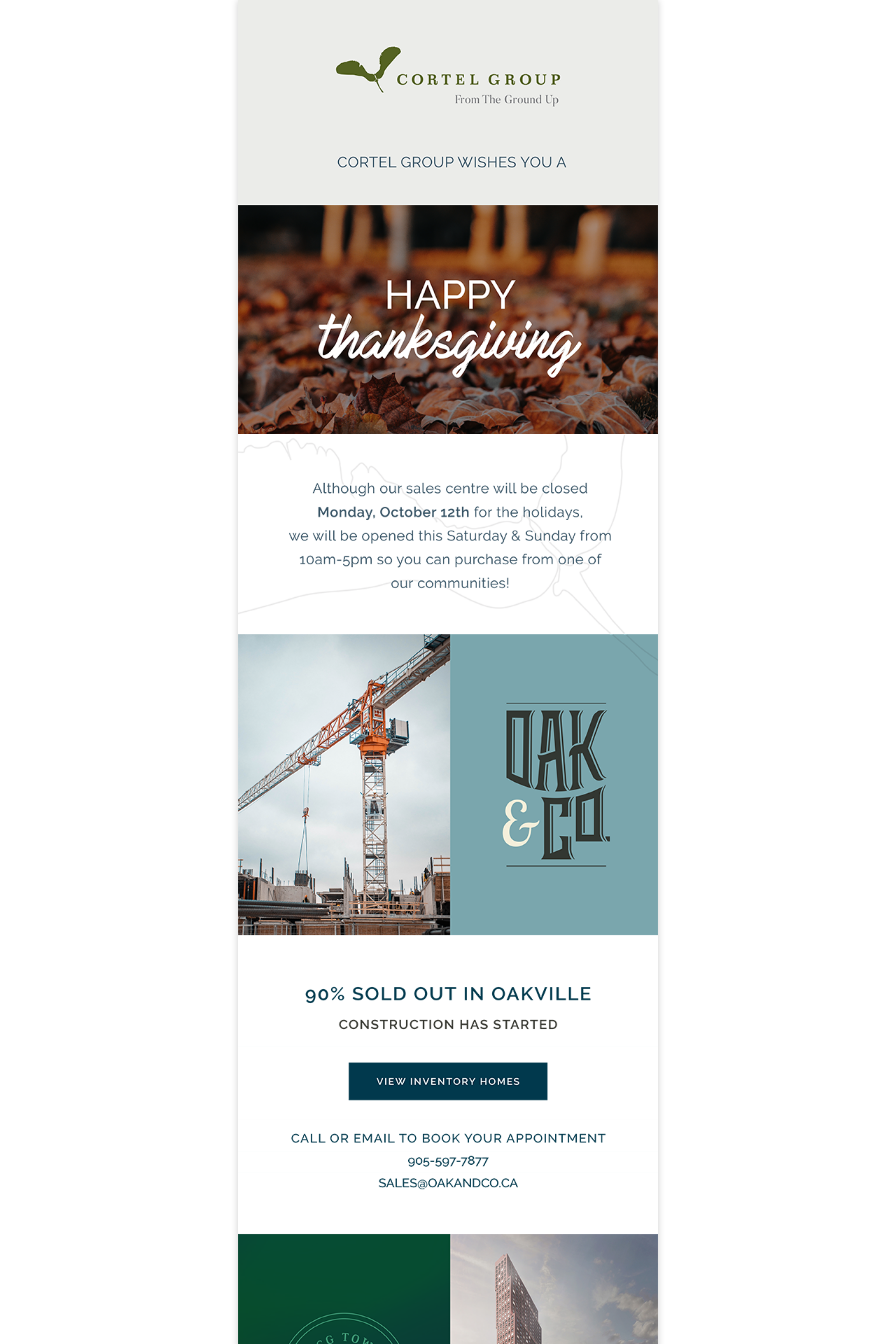
Repository: Danieldev28/7229-CORT-Thanksgiving-E-Cast
Page: index1 (7) (1).html
The author's editor kept a record of every edit. The page is drawn from the files as they stood at one moment, then again after the next edit.
The browser window is 1280 px wide. The pictures show the part of the page from y = 0 to 1920 px (the page is 3813 px tall), at 70% of full size.

Above is the page before.

### index1 (7) (1).html
<!DOCTYPE html PUBLIC "-//W3C//DTD XHTML 1.0 Transitional//EN" "http://www.w3.org/TR/xhtml1/DTD/xhtml1-transitional.dtd">
<html xmlns="http://www.w3.org/1999/xhtml" lang="en">

<head>
    <meta http-equiv="Content-Type" content="text/html; charset=utf-8">
    <meta http-equiv="X-UA-Compatible" content="IE=edge">
    <meta name="viewport" content="width=device-width, initial-scale=1.0">
    <meta name="color-scheme" content="light dark">
    <meta name="supported-color-schemes" content="light dark">
    <title>Cort Thanksgiving</title>
    <style type="text/css">
        @import url('https://fonts.googleapis.com/css2?family=Lato:wght@300;400;700&display=swap');
        table {
            border-spacing: 0;
        }

        td {
            padding: 0;
        }

        p {
            font-size: 15px;
        }

        img {
            border: 0;
        }

        .one_column {
            width: 600px !important;
        }

        .followus {
            width: 300px !important;
        }

        .facebook {
            width: 23px !important;
        }

        .twitter {
            width: 24px !important;
        }

        .instagram {
            width: 22px !important;
        }

        .googleaplus {
            width: 23px !important;
        }

        .bluebox {
            width: 208px !important;
        }

        @media screen and (max-width: 599.98px) {
            .one_column {
                width: 599.98px !important;
            }

            .followus {
                width: 299.99px !important;
            }

            .facebook {
                width: 22.99px !important;
            }

            .twitter {
                width: 23.99px !important;
            }

            .instagram {
                width: 21.99px !important;
            }

            .googleaplus {
                width: 22.99px !important;
            }

            .bluebox {
                width: 207.99px !important;
            }

        }

        @media screen and (max-width: 399.98px) {
            .one_column {
            width: 399.98px !important;
            }

            .followus {
                width: 199.99px !important;
            }

            .facebook {
                width: 15.33px !important;
            }

            .twitter {
                width: 15.99px !important;
            }

            .instagram {
                width: 14.66px !important;
            }

            .googleaplus {
                width: 15.33px !important;
            }

            .bluebox {
                width: 138.66px !important;
            }

        }




        /* Custom Dark Mode Colors */

        @media (prefers-color-scheme: dark) {}
    </style>

    <!--[if (gte mso 9)|(IE)]>
   <style type="text/css">
   table {border-collapse: collapse!important;}
   </style>
 <![endif]-->

</head>

<body style="Margin:0;padding:0;min-width:100%;background-color:;">

    <!--[if (gte mso 9)|(IE)]>
   <style type="text/css">
   body {background-color:#fff!important;}
   body, table, td, p, a {font-family:sans-serif, Arial, Helvitica!important;}
   </style>
<![endif]-->

    <center style="width: 100%;table-layout: fixed;background-color:;
    padding-bottom:40px;">
        <div class="one_column" style="background-color:#fafdfe;box-shadow: 0 0 10px rgba(0, 0, 0, .2);">

            <!--Preheader (remove comment) -->
            <div style="font-size:0px;color:#fafdfe;line-height: 1px;mso-line-height-rule:exactly;display: none;max-width: 0px;
max-height: 0px;opacity: 0;overflow: hidden;mso-hide:all;">
                <!-- Add Preheader Text Here (85-100 characters in length) -->
            </div>

            <!--End Preheader (remove comment) -->
            <!--[if (gte mso 9)|(IE)]>
       <table width="600" align="center" style="border-spacing:0;
         color:#565656;">
       <tr>
       <td style="padding:0;">
     <![endif]-->

            <table align="center" style="border-spacing:0;color:#565656;
        font-family:'Lato', sans-serif, Arial, Helvitica!important;
        background-color:#fafdfe;Margin:0;padding:0;width:100%;max-width:600px;" role="presentation" class="one_column">




                <!-- START SOCIAL ICONS -->
                <tr>
                    <td style="padding: 0;">
                        <table width="100%;" style="border-spacing: 0;" role: "presentation">
                            <tr>
                                <td style="border-collapse:collapse;margin:0px;padding:0px;background-color:#fcfcfc;text-align:center;line-height:0px;">
                                    <a href="https://cortelgroup.com/?utm_source=7229%20CORT%20Thanksgiving%20E-Cast&utm_medium=email&utm_campaign=7229%20CORT%20Thanksgiving%20E-Cast&utm_content=View%20Inventory%20Homes" target "_blank">
					<img src="images/top.png" alt="Logo">
					</a>
					</a>
                                </td>
                            </tr>
                            <tr>
                                <td style="border-collapse:collapse;margin:0px;padding:0px;background-color:#fcfcfc;text-align:center;line-height:0px;">
                                    <img src="images/rendering.png" style="line-height:0px;" alt="Rendering Happy Thanksgiving" class="one_column">
                                </td>
                            </tr>
                            <tr>
                                <td style="border-collapse:collapse;margin:0px;padding:0px;background-color:#fcfcfc;text-align:center;line-height:0px;">
                                    <img src="images/copy.png" style="line-height:0px;" alt="Copy" class="one_column">
                                </td>
                            </tr>
                            <tr>
                                <td style="border-collapse:collapse;margin:0px;padding:0px;background-color:#fcfcfc;text-align:center;line-height:0px;">
                                    <img src="images/oak.png" style="line-height:0px;" alt="Rendering Oak & Co" class="one_column">
                                </td>
                            </tr>

                            <tr>
                                <td style="border-collapse:collapse;margin:0px;padding:0px;background-color:#fcfcfc;text-align:center;line-height:0px;">
                                    <img src="images/sold.png" style="line-height:0px;" alt="90% Sold In Oakville" class="one_column">
                                </td>
                            </tr>

                            <tr>
                                <td style="border-collapse:collapse;margin:0px;padding:0px;background-color:#fcfcfc;text-align:center;line-height:0px;">
                            <a href="https://www.dropbox.com/sh/7r3hrazrme8838k/AABUCQiOgDb-bfqkAUP0CIGJa?dl=0&utm_source=7229%20CORT%20Thanksgiving%20E-Cast&utm_medium=email&utm_campaign=7229%20CORT%20Thanksgiving%20E-Cast&utm_content=View%20Inventory%20Homes" target="_blank">

                                    <img src="images/inventory.png" style="line-height:0px;" alt="View Inventory Homes" class="one_column">
                                    </a>
                                </td>
                            </tr>
                            <tr>
                                <td style="border-collapse:collapse;margin:0px;padding:0px;background-color:#fcfcfc;text-align:center;line-height:0px;">
                                    <img src="images/7229-CORT-Thanksgiving-E-Cast_18.png" style="line-height:0px;" alt="Sales Representative" class="one_column">
                                </td>
                            </tr>
                            <tr>
                                <td style="border-collapse:collapse;margin:0px;padding:0px;background-color:#fcfcfc;text-align:center;line-height:0px;">
                                    <a href="tel:+9055977877" target="_blank">
                                    <img src="images/7229-CORT-Thanksgiving-E-Cast_19.png" style="line-height:0px;" alt="" class="one_column">
                                </a>
                                </td>
                            </tr>
                            <tr>
                                <td style="border-collapse:collapse;margin:0px;padding:0px;background-color:#fcfcfc;text-align:center;line-height:0px;">
                                  <a href="mailto:sales@oakandco.ca" target="_blank">

                                    <img src="images/7229-CORT-Thanksgiving-E-Cast_12.png" style="line-height:0px;" alt="Conact Us" class="one_column">
                                </a>
                                </td>
                            </tr>

                            <tr>
                                <td style="border-collapse:collapse;margin:0px;padding:0px;background-color:#fcfcfc;text-align:center;line-height:0px;">
                                    <img src="images/cg-tower.png" style="line-height:0px;" alt="CG Tower" class="one_column">
                                </td>
                            </tr>
                            <tr>
                                <td style="border-collapse:collapse;margin:0px;padding:0px;background-color:#fcfcfc;text-align:center;line-height:0px;">
                                    <img src="images/7229-CORT-Thanksgiving-E-Cast_16.png" style="line-height:0px;" alt="Incentives Available" class="one_column">
                                </td>
                            </tr>
                            <tr>
                                <td style="border-collapse:collapse;margin:0px;padding:0px;background-color:#fcfcfc;text-align:center;line-height:0px;">
                               <a href="https://www.dropbox.com/sh/h2awsmeiwjz1cvn/AADbznBbmlgVB5NWB9-Ptp3Da?dl=0&utm_source=7229%20CORT%20Thanksgiving%20E-Cast&utm_medium=email&utm_campaign=7229%20CORT%20Thanksgiving%20E-Cast&utm_content=View%20Inventory%20Homes" target="_blank">

                                    <img src="images/inventory-b.png" style="line-height:0px;" alt="View Inventory Homes" class="one_column">
                                </a>
                                </td>
                            </tr>

                            <tr>
                                <td style="border-collapse:collapse;margin:0px;padding:0px;background-color:#fcfcfc;text-align:center;line-height:0px;">
                                    <img src="images/7229-CORT-Thanksgiving-E-Cast_26.png" style="line-height:0px;" alt="" class="one_column">
                                </td>
                            </tr>
                            <tr>
                                <td style="border-collapse:collapse;margin:0px;padding:0px;background-color:#fcfcfc;text-align:center;line-height:0px;">
                                    <a href="tel:+9055977877" target="_blank">

                                    <img src="images/7229-CORT-Thanksgiving-E-Cast_27.png" style="line-height:0px;" alt="Sales Representative" class="one_column">
                                </a>
                                </td>
                            </tr>
                            <tr>
                                <td style="border-collapse:collapse;margin:0px;padding:0px;background-color:#fcfcfc;text-align:center;line-height:0px;">
                                 <a href="mailto:sales@cgtower.ca" target="_blank">

                                    <img src="images/7229-CORT-Thanksgiving-E-Cast_20.png" style="line-height:0px;" alt="Contact Us" class="one_column">
                                </a>
                                </td>
                            </tr>

                            <tr>
                                <td style="border-collapse:collapse;margin:0px;padding:0px;background-color:#fcfcfc;text-align:center;line-height:0px;">
                                    <img src="images/nord-towns.png" style="line-height:0px;" alt="Nord Towns" class="one_column">
                                </td>
                            </tr>
                            <tr>
                                <td style="border-collapse:collapse;margin:0px;padding:0px;background-color:#fcfcfc;text-align:center;line-height:0px;">
                                    <img src="images/7229-CORT-Thanksgiving-E-Cast_24.png" style="line-height:0px;" alt="" class="one_column">
                                </td>
                            </tr>
                            <tr>
                                <td style="border-collapse:collapse;margin:0px;padding:0px;background-color:#fcfcfc;text-align:center;line-height:0px;">
                                 <a href="https://www.dropbox.com/sh/h2awsmeiwjz1cvn/AADbznBbmlgVB5NWB9-Ptp3Da?dl=0&utm_source=7229%20CORT%20Thanksgiving%20E-Cast&utm_medium=email&utm_campaign=7229%20CORT%20Thanksgiving%20E-Cast&utm_content=View%20Inventory%20Homes" target="_blank">

                                    <img src="images/inventory-c.png" style="line-height:0px;" alt="View Inventory Homes" class="one_column">
                               </a>
                               </td>
                            </tr>
                            <tr>
                                <td style="border-collapse:collapse;margin:0px;padding:0px;background-color:#fcfcfc;text-align:center;line-height:0px;">
                                    <img src="images/book.png" style="line-height:0px;" alt="Sales Representative" class="one_column">
                                </td>
                            </tr>
                            <tr>
                                <td style="border-collapse:collapse;margin:0px;padding:0px;background-color:#fcfcfc;text-align:center;line-height:0px;">
                                     <a href="tel:+9055977877" target="_blank">

                                    <img src="images/7229-CORT-Thanksgiving-E-Cast_27.png" style="line-height:0px;" alt="Sales Representative" class="one_column">
                                </a>
                                </td>
                            </tr>
                            <tr>
                                <td style="border-collapse:collapse;margin:0px;padding:0px;background-color:#fcfcfc;text-align:center;line-height:0px;">
                                    <a href="mailto:nordcondos.ca" target="_blank">

                                    <img src="images/7229-CORT-Thanksgiving-E-Cast_28.png" style="line-height:0px;" alt="Contact Us" class="one_column">
                                </a>
                                </td>
                            </tr>
                            <tr>
                                <td style="border-collapse:collapse;margin:0px;padding:0px;background-color:#fcfcfc;text-align:center;line-height:0px;">
                                    <img src="images/7229-CORT-Thanksgiving-E-Cast_29.png" style="line-height:0px;" alt="Disclaimer" class="one_column">
                                </td>
                            </tr>
                            <tr>
                                <td style="border-collapse:collapse;margin:0px;padding:0px;background-color:#fcfcfc;text-align:center;line-height:0px;">
                                <a href="https://cortelgroup.com/?utm_source=7229%20CORT%20Thanksgiving%20E-Cast&utm_medium=email&utm_campaign=7229%20CORT%20Thanksgiving%20E-Cast&utm_content=View%20Inventory%20Homes" target="_blank">

                                    <img src="images/cortel.png" style="line-height:0px;" alt="Cortel Group" class="one_column">
                                </a>
                                </td>
                            </tr>
                            <tr>
                                <td style="border-collapse:collapse;margin:0px;padding:0px;background-color:#fcfcfc;text-align:center;line-height:0px;">
                                    <table align="center" style="border-spacing: 0;" >
                                        <td style="border-collapse:collapse;margin:0px;padding:0px;background-color:#00395c;text-align:center;line-height:0px;width:;">
                                            <img src="images/follow.png" style="line-height:0px;" align="left" alt="" class="followus">
                                        </td>
                                        <td style="border-collapse:collapse;margin:0px;padding:0px;background-color:#00395c;text-align:center;line-height:0px;width:">
                                         <a href="https://www.facebook.com/Cortel-Group-1005149456342143/?utm_source=7229%20CORT%20Thanksgiving%20E-Cast&utm_medium=email&utm_campaign=7229%20CORT%20Thanksgiving%20E-Cast&utm_content=View%20Inventory%20Homes" target="_blank">

                                            <img src="images/facebook.png" style="line-height:0px;" align="left" alt="acebook" class="facebook">
                                       </a>
                                        </td>
                                        <td style="border-collapse:collapse;margin:0px;padding:0px;background-color:#00395c;text-align:center;line-height:0px;width:">
                                         <a href="https://twitter.com/cortelgroup?lang=en&utm_source=7229%20CORT%20Thanksgiving%20E-Cast&utm_medium=email&utm_campaign=7229%20CORT%20Thanksgiving%20E-Cast&utm_content=View%20Inventory%20Homes" target="_blank">

                                            <img src="images/twitter.png" style="line-height:0px;" align="left" alt="Twitter" class="twitter">
                                        </a>
                                        </td>
                                        <td style="border-collapse:collapse;margin:0px;padding:0px;background-color:#00395c;text-align:center;line-height:0px;width:">
                                        <a href="https://www.instagram.com/cortelgroup/?hl=en&utm_source=7229%20CORT%20Thanksgiving%20E-Cast&utm_medium=email&utm_campaign=7229%20CORT%20Thanksgiving%20E-Cast&utm_content=View%20Inventory%20Homes" target="_blank">

                                            <img src="images/instagram.png" style="line-height:0px;" align="left" alt="Instagram" class="instagram">
                                        </a>
                                        </td>
                                        <td style="border-collapse:collapse;margin:0px;padding:0px;background-color:#00395c;text-align:center;line-height:0px;width:;">
                                        <a href="https://cortelgroup.com/?utm_source=7229%20CORT%20Thanksgiving%20E-Cast&utm_medium=email&utm_campaign=7229%20CORT%20Thanksgiving%20E-Cast&utm_content=View%20Inventory%20Homes" target="_blank">

                                            <img src="images/google-plus.png" style="line-height:0px;" align="left" alt="Google-Plus" class="googleaplus">
                                        </a>
                                        </td>

                                        <td style="border-collapse:collapse;margin:0px;padding:0px;background-color:#00395c;text-align:center;line-height:0px;border-style: 1px solid #00395c;width:">
                                            <img src="images/7229-CORT-Thanksgiving-E-Cast_37.png" style="line-height:0px;border-style: 1px solid #00395c;" align="" alt="" class="bluebox">
                                        </td>

                                    </table>
                                </td>


                            </tr>
                        </table>

            </table>
            </td>
            </tr>
            <!-- END SOCIAL ICONS -->

            <!-- START LOGO -->
            <!-- END LOGO -->

            <!-- START BANNER -->
            <!-- END BANNER -->

            <!-- START TWO COLUMNS -->
            <!-- END TWO COLUMNS -->

            <!-- START TWO THIRDS COLUMNS -->
            <tr>
                <td style="padding: 0;">
                    <table width="100%;" style="border-spacing: 0;" role: "presentation">

                        <!--<tr>-->
                        <!--    <td style="background-color:#ebf5fa;text-align:center;-->
                        <!--        padding: 10px 0 8px 0;">-->

                        <!--        <a href="" target="_blank" <img src="img/Top1.png"-->
                        <!--            alt="" title="facebook" width="32"-->
                        <!--            border="0"></a>-->

                        <!--<h1>Hello</h1>-->

                        <!--    </td>-->
                        <!--</tr>-->

                        <tr>
                            <td class="two-colums" style="padding: 0; font-size:0; text-align:center;">
                            </td>
                        </tr>



                    </table>
                </td>
            </tr>
            <!-- END TWO THIRDS COLUMNS -->

            <!-- START THREE COLUMNS -->
            <!-- END THREE COLUMNS -->

            <!-- START FOUR COLUMNS -->
            <!-- END FOUR COLUMNS -->

            <!-- START GREEN BORDER -->
            <!-- END GREEN BORDER -->

            <!-- START FOOTER -->
            <tr>
                <td style="padding: 0;">
                    <table width="100%;" style="border-spacing: 0;" role: "presentation">

                        <tr>
                            <td class="two-colums" style="padding: 0; font-size:0; text-align:center;">
                            </td>
                        </tr>

                    </table>
                </td>
            </tr>

            <!-- END FOOTER -->

            </table>
            <!--[if (gte mso 9)|(IE)]>
      </td>
      </tr>
      </table>
     <![endif]-->
        </div>
    </center>

</body>

</html>

After the next edit:
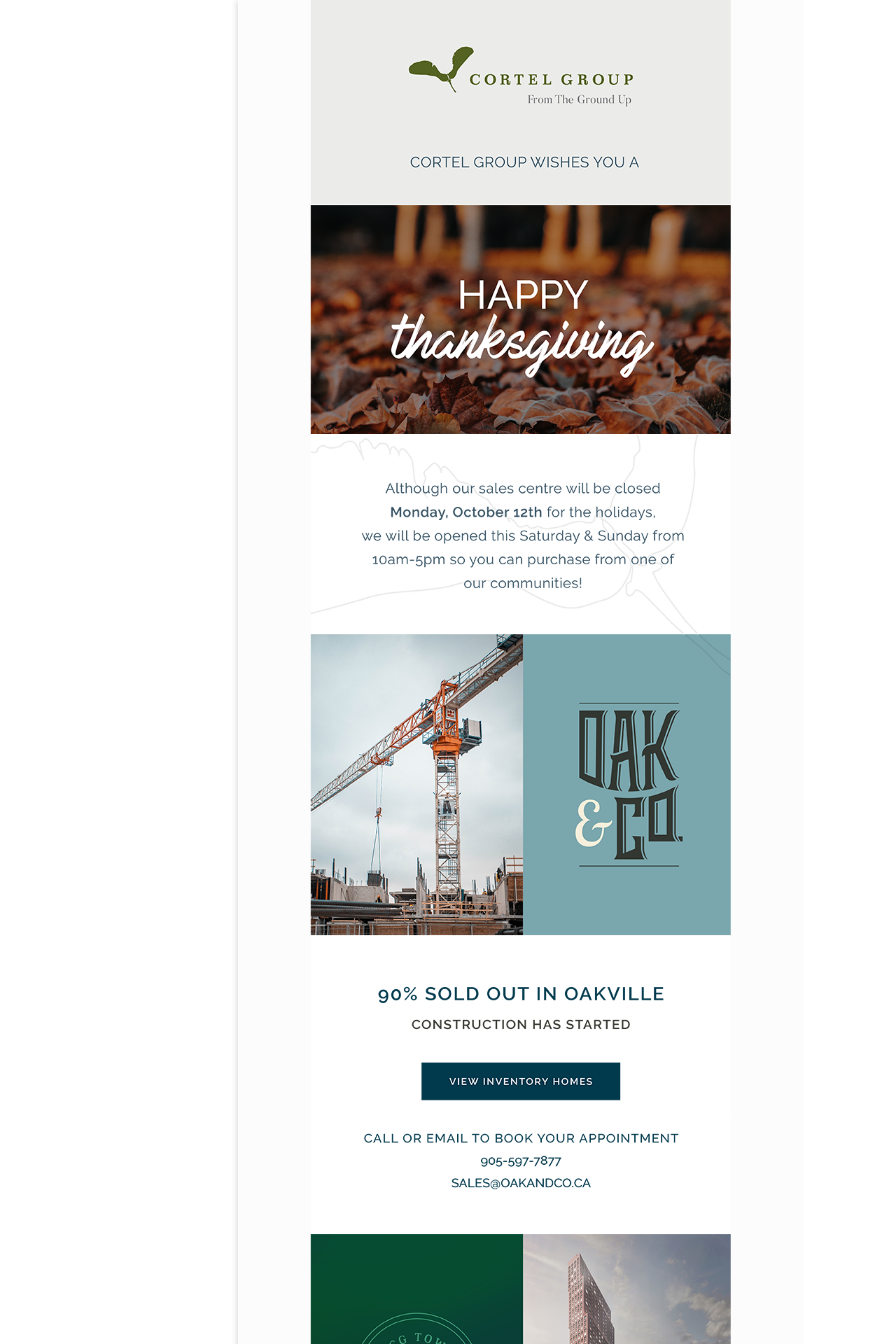
The edit:
--- a/index1 (7) (1).html
+++ b/index1 (7) (1).html
@@ -357,6 +357,10 @@
                                             <img src="images/7229-CORT-Thanksgiving-E-Cast_37.png" style="line-height:0px;border-style: 1px solid #00395c;" align="" alt="" class="bluebox">
                                         </td>
 
+                                    <td style="border-collapse:collapse;margin:0px;padding:0px;background-color:#00395c;text-align:center;line-height:0px;border-style: 1px solid #00395c;width:">
+                                            <img src="images/7229-CORT-Thanksgiving-E-Cast_37.png" style="line-height:0px;border-style: 1px solid #00395c;" align="" alt="" class="bluebox">
+                                        </td>
+
                                     </table>
                                 </td>
 
